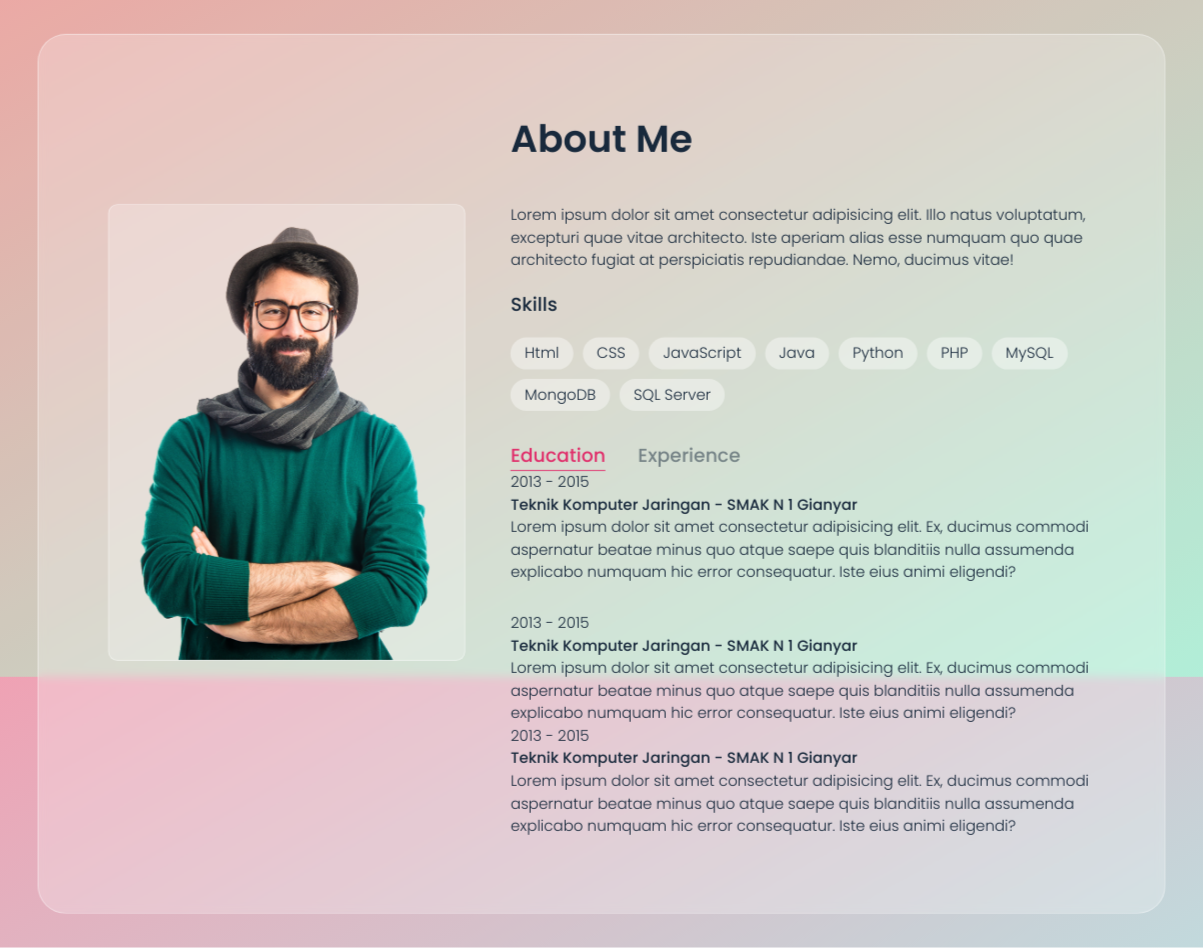
Repository: dewaary/Glassmorp-me
Page: index.html
An editor plug-in stored every save of this project. The page is shown before and after the next save, followed by the edit.
The browser window is 1280 px wide. The pictures show the whole page, at 94% of full size.
Backgrounds fixed to the window are drawn as part of the page.

Above is the page before, as saved 2021-05-25 22:52:55.
Not found: js/script,js

After the next save:
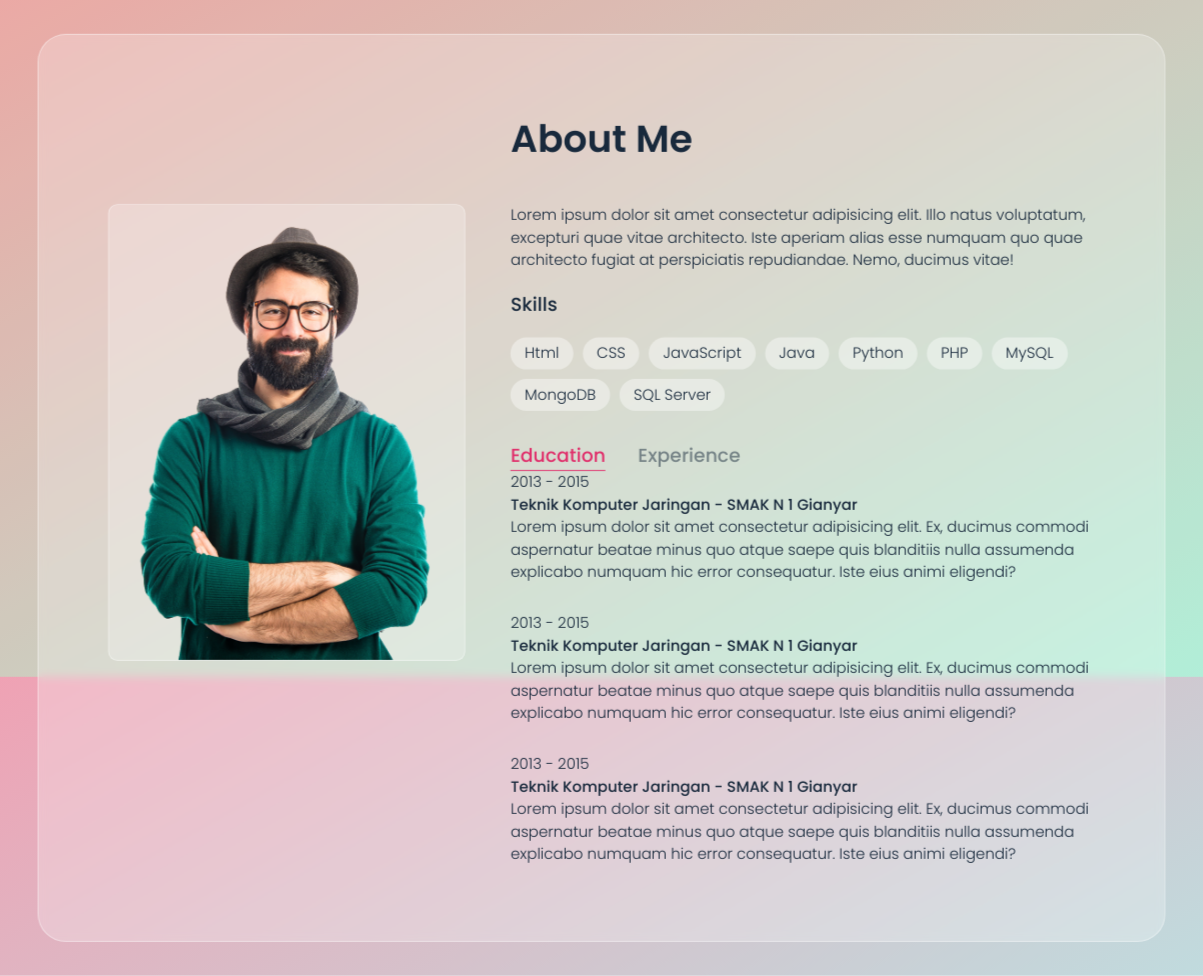
Saved 16 s later.
--- a/index.html
+++ b/index.html
@@ -74,14 +74,14 @@
                                         aspernatur beatae minus quo atque saepe quis blanditiis nulla assumenda
                                         explicabo numquam hic error consequatur. Iste eius animi eligendi?</p>
                                 </div>
-                                <div class="timline-item">
+                                <div class="timeline-item">
                                     <span class="date">2013 - 2015</span>
                                     <h4>Teknik Komputer Jaringan - <span>SMAK N 1 Gianyar</span></h4>
                                     <p>Lorem ipsum dolor sit amet consectetur adipisicing elit. Ex, ducimus commodi
                                         aspernatur beatae minus quo atque saepe quis blanditiis nulla assumenda
                                         explicabo numquam hic error consequatur. Iste eius animi eligendi?</p>
                                 </div>
-                                <div class="timline-item">
+                                <div class="timeline-item">
                                     <span class="date">2013 - 2015</span>
                                     <h4>Teknik Komputer Jaringan - <span>SMAK N 1 Gianyar</span></h4>
                                     <p>Lorem ipsum dolor sit amet consectetur adipisicing elit. Ex, ducimus commodi
